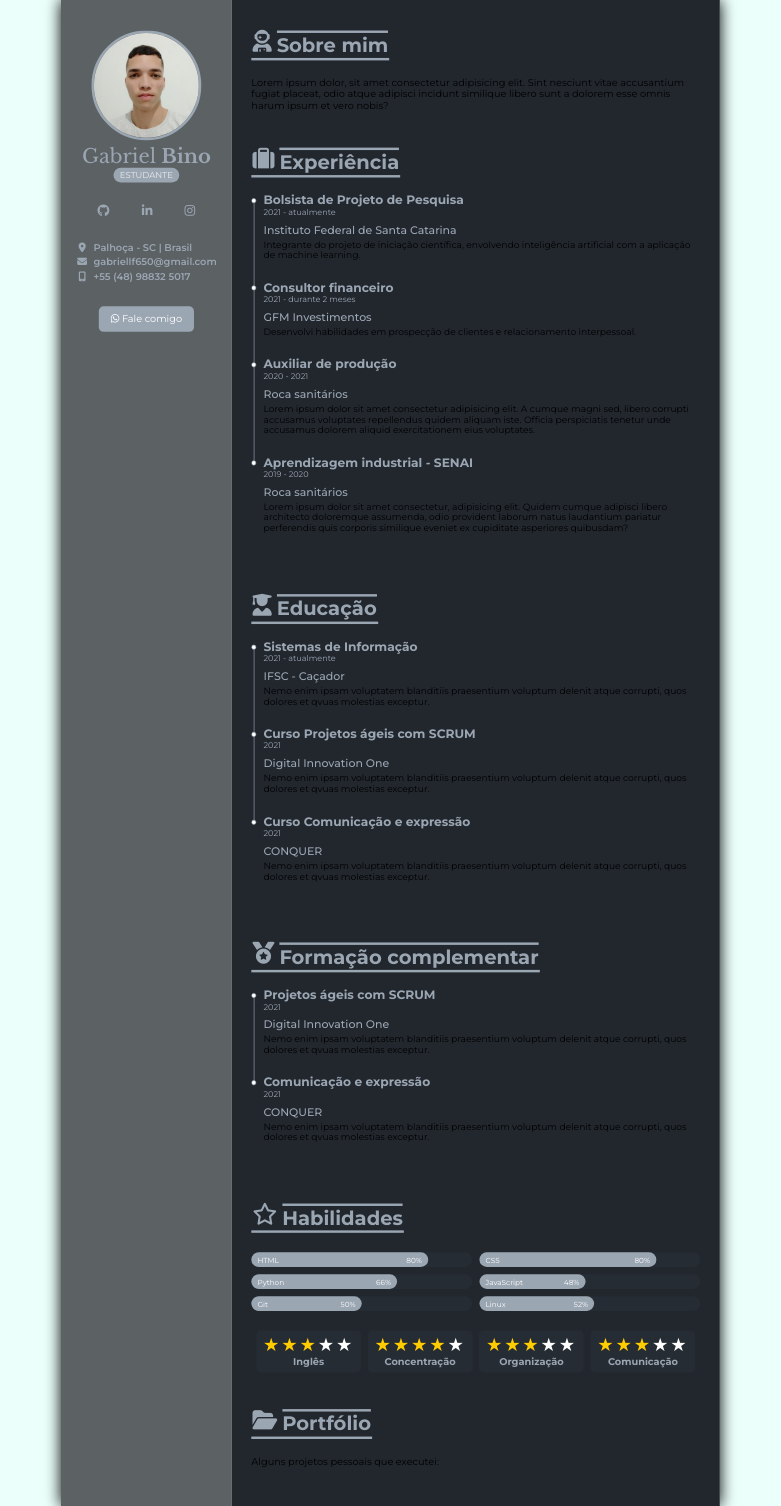
Repository: gabrielbino/curriculoResponsivo
Page: index.html
An editor plug-in stored every save of this project. The page is shown before and after the next save, followed by the edit.
The browser window is 1280 px wide. The pictures show the whole page, at 61% of full size.
Some web libraries are served in a nearby version.

Above is the page before, as saved 2021-10-19 22:17:56.

After the next save:
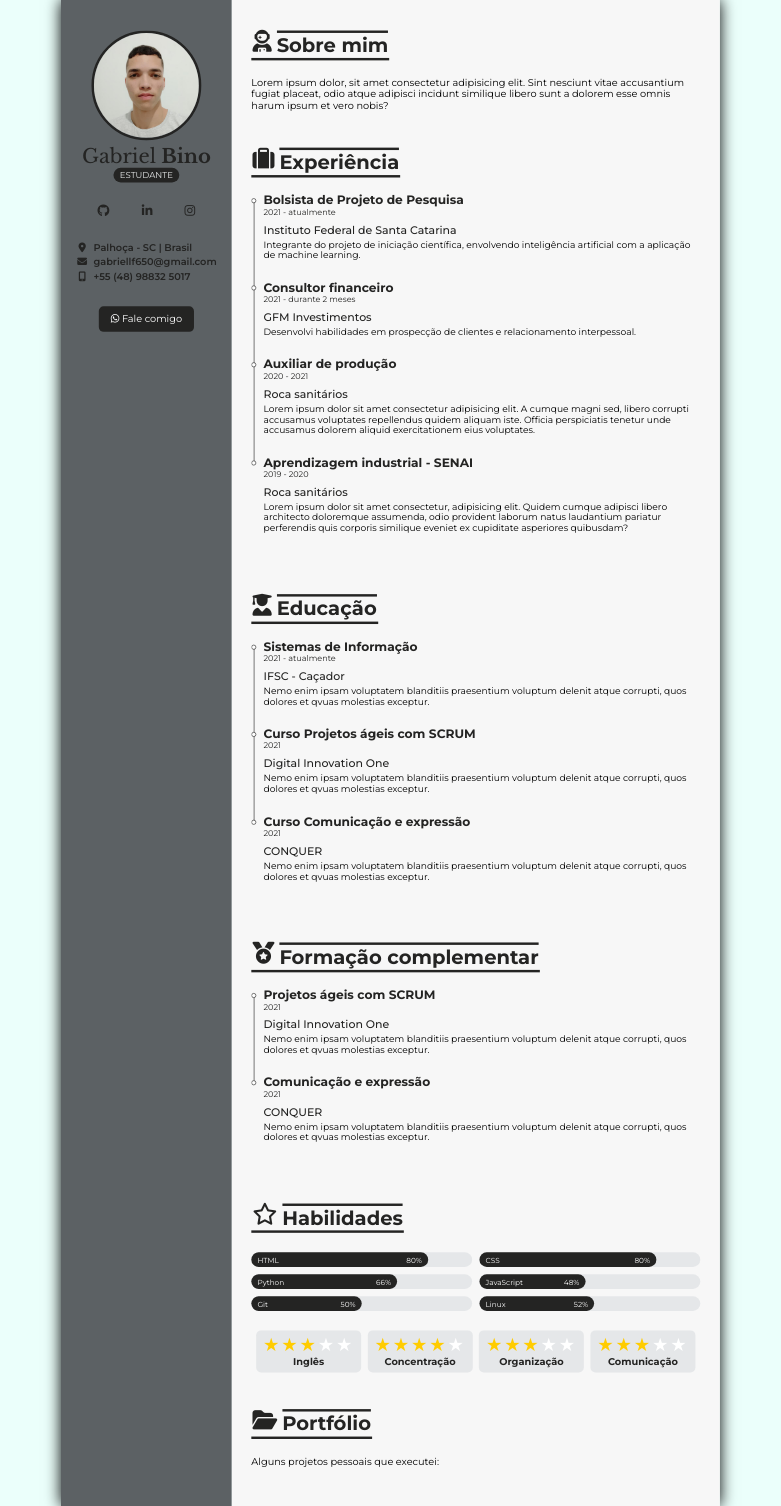
Saved 17 s later.
--- a/css/style.css
+++ b/css/style.css
@@ -10,6 +10,7 @@
 
 body {
   background-color: #ebfffb;
+  color: black;
   font-family: "Montserrat", sans-serif;
 }
 
@@ -40,12 +41,12 @@
 
 .profile-picture {
   border-radius: 50%;
-  border: solid 4px #9ba6b3;
+  border: solid 4px #242423;
   width: 180px;
 }
 
 .title-name {
-  color: #9ba6b3;
+  color: #242423;
   font-family: "Libre Baskerville", serif;
   font-weight: 700;
   margin: 8px 0 0;
@@ -56,7 +57,7 @@
 }
 
 .subtitle-role {
-  background: #9ba6b3;
+  background: #242423;
   border-radius: 12px;
   color: #e9ebec;
   font-size: 14px;
@@ -75,7 +76,7 @@
 }
 
 .social-links a {
-  color: #9ba6b3;
+  color: #242423;
 }
 
 .social-links a:hover {
@@ -89,7 +90,7 @@
 }
 
 .personal-data li {
-  color: #9ba6b3;
+  color: #242423;
   font-weight: 600;
   line-height: 1.5;
 }
@@ -106,7 +107,7 @@
 }
 
 .download-button {
-  background: #9ba6b3;
+  background: #242423;
   border-radius: 8px;
   color: white;
   display: block;
@@ -116,7 +117,7 @@
 }
 
 section {
-  background-color: #22272e;
+  background-color: #f7f7f7;
   padding: 50px 32px 0;
   width: calc(100% - 280px);
 }
@@ -128,7 +129,7 @@
 .article-title-wrapper {
   align-items: center;
   border-bottom: 4px solid;
-  color: #9ba6b3;
+  color: #242423;
   display: inline-flex;
   margin-bottom: 12px;
   padding: 0 2px;
@@ -140,7 +141,7 @@
 
 .article-title {
   border-top: 4px solid;
-  color: #9ba6b3;
+  color: #242423;
   font-size: 32px;
   font-weight: 800;
   margin: 0 0 2px;
@@ -162,7 +163,7 @@
 .timeline li::after {
   background-color: #fff;
   border-radius: 50%;
-  border: 1px solid #9ba6b3;
+  border: 1px solid #242423;
   box-sizing: border-box;
   content: "";
   display: inline-block;
@@ -174,7 +175,7 @@
 }
 
 .timeline li:not(:last-of-type)::before {
-  background-color: #9ba6b3;
+  background-color: #242423;
   content: "";
   height: 100%;
   left: 3.5px;
@@ -184,19 +185,19 @@
 }
 
 .timeline-title {
-  color: #9ba6b3;
+  color: #242423;
   font-size: 20px;
   margin: -8px 0 0;
 }
 
 .timeline-time {
-  color: #9ba6b3;
+  color: #242423;
   font-weight: 400;
   margin: 0;
 }
 
 .timeline-place {
-  color: #9ba6b3;
+  color: #242423;
   font-size: 18px;
   font-weight: 500;
   margin: 12px 0 4px;
@@ -226,7 +227,7 @@
 
 .progress-bar {
   align-items: center;
-  background-color: #9ba6b3;
+  background-color: #242423;
   border-radius: 20px;
   color: #fff;
   display: flex;
@@ -271,7 +272,7 @@
 }
 
 .soft-skill-label {
-  color: #9ba6b3;
+  color: #242423;
   margin: 4px 0 0;
 }
 
